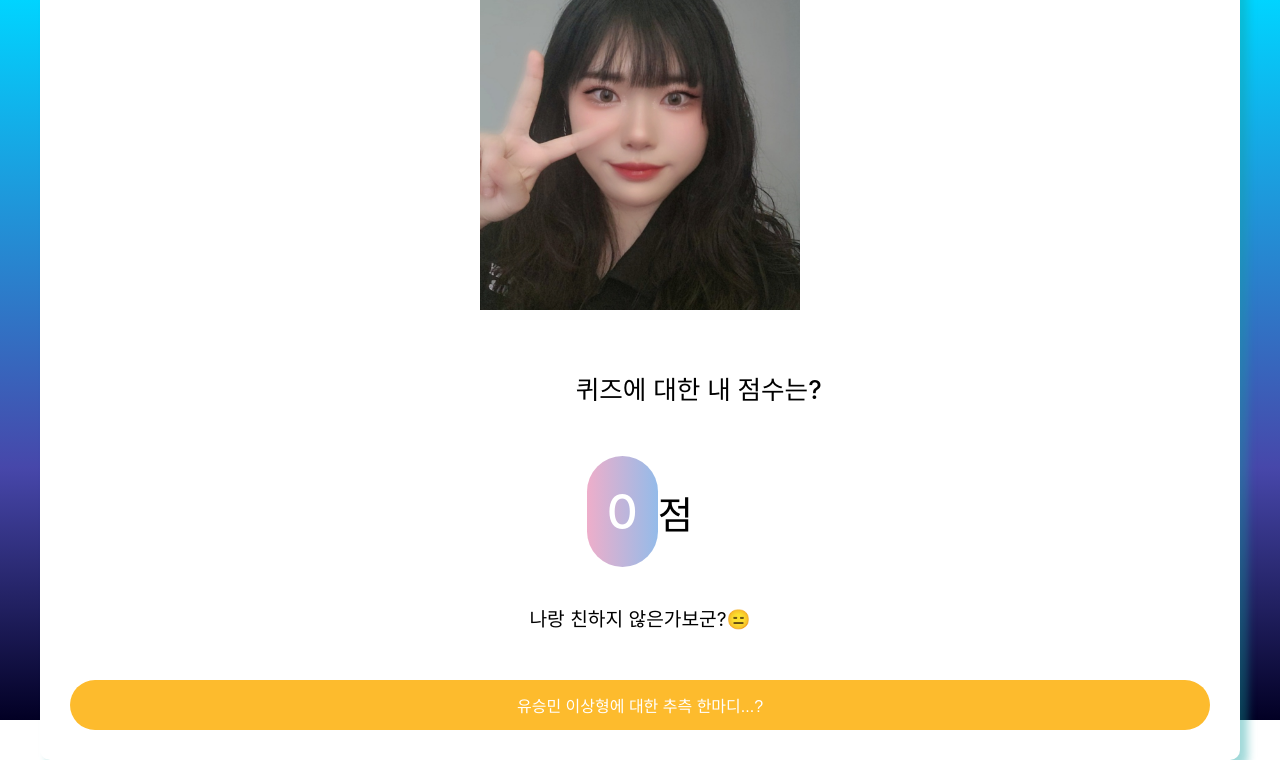
Repository: dnjfht/quiz3
Page: /score
The author's editor kept a copy of each file at every save. The page is drawn from the files as they stood at one save, then again after the next save.
The browser window is 1280 px wide. The pictures show the whole page.
The project was rebuilt for these pictures with package versions that can differ from the ones it lists, and the page was loaded fresh each time. Also part of the build but not shown: src/components/Start.js, src/components/Progress.js, src/components/Quiz.js, src/components/Message.js, src/components/Ranking.js, src/components/NotPage.js.

Above is the page before, as saved 2023-04-15 23:21:43.

After the next save:
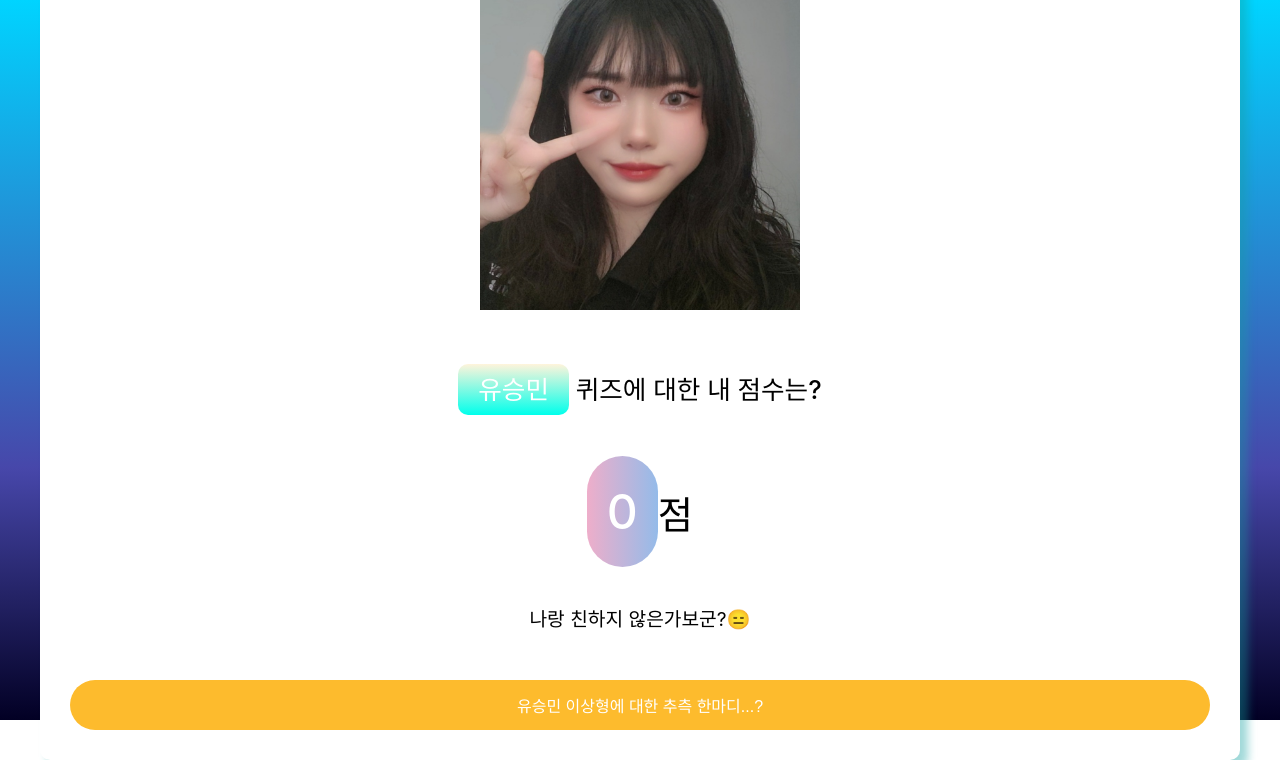
Saved 14 s later.
--- a/src/components/Score.js
+++ b/src/components/Score.js
@@ -26,7 +26,12 @@ const Title = styled.h1`
 
   & > span {
     padding: 10px 20px;
-    #fff4db
+    background: rgb(0, 255, 235);
+    background: linear-gradient(
+      0deg,
+      rgba(0, 255, 235, 1) 0%,
+      rgba(255, 244, 219, 1) 100%
+    );
     border-radius: 10px;
 
     color: white;
